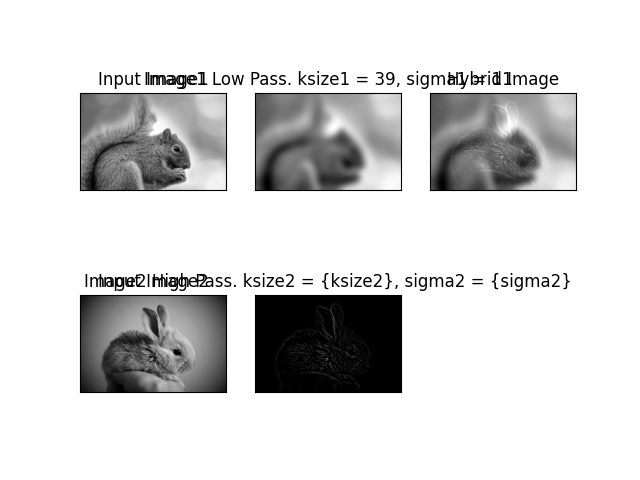
Repository: Yuer-yuan/CV
Script's output: python lab1-hybrid-image/gui/fft.py
These files come from the project's save history. The script's output is drawn as it stood at one moment and after the next save; the edit follows.
Random numbers start from a fixed seed. It also reads lab1-hybrid-image/gui/res/bunny1.png, lab1-hybrid-image/gui/res/squirrel1.png.

Above is the script's output before, as saved 2023-03-26 17:27:57.

After the next save:
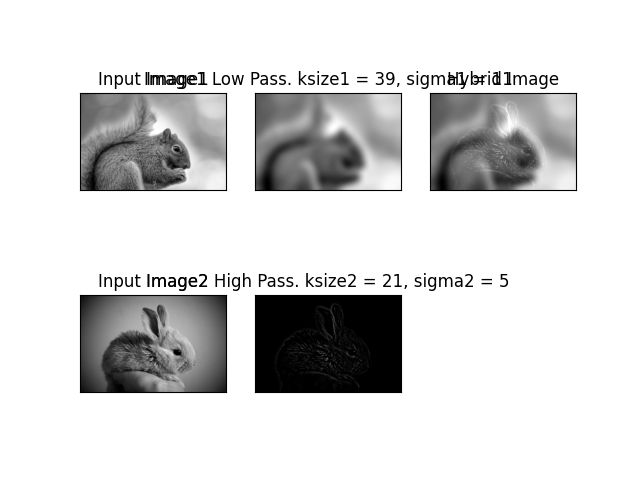
Saved 4 s later.
--- a/lab1-hybrid-image/gui/fft.py
+++ b/lab1-hybrid-image/gui/fft.py
@@ -27,7 +27,7 @@ def spatial_hybrid_image(img1, img2, ksize1, sigma1, ksize2, sigma2):
     plt.subplot(234), plt.imshow(img2, cmap='gray')
     plt.title('Input Image2'), plt.xticks([]), plt.yticks([])
     plt.subplot(235), plt.imshow(img2_high_pass, cmap='gray')
-    plt.title('Image2 High Pass. ksize2 = {ksize2}, sigma2 = {sigma2}'), plt.xticks([]), plt.yticks([])
+    plt.title(f'Image2 High Pass. ksize2 = {ksize2}, sigma2 = {sigma2}'), plt.xticks([]), plt.yticks([])
     plt.show()
 
 
